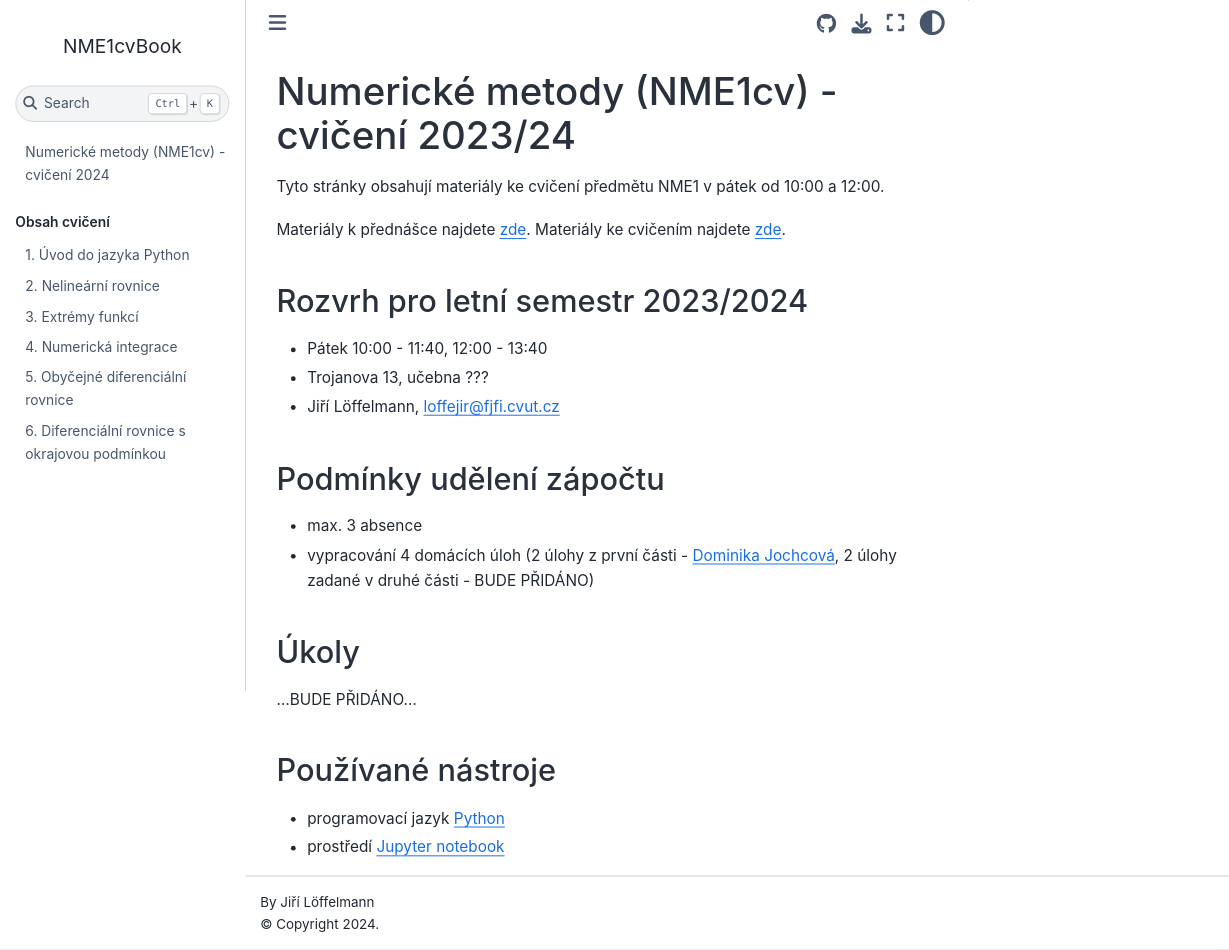
Repository: loepa01/NME1cvBook
Page: intro.html
An editor plug-in stored every save of this project. The page is shown before and after the next save, followed by the edit.
The browser window is 1280 px wide. The pictures show the whole page, at 96% of full size.

Above is the page before, as saved 2024-04-08 16:55:20.
Console error: SyntaxError: Identifier 'THEBE_JS_URL' has already been declared

After the next save:
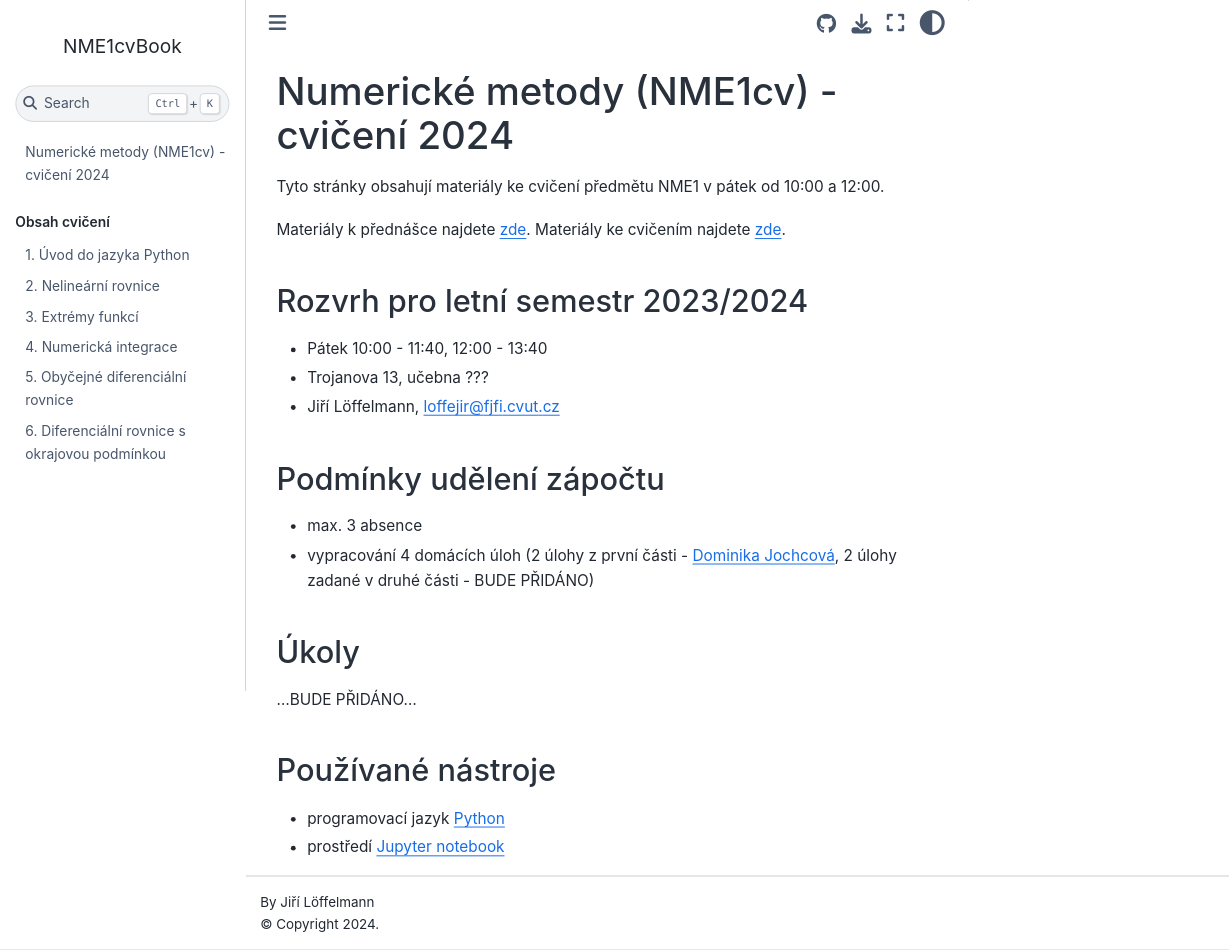
Saved 67 s later.
--- a/intro.html
+++ b/intro.html
@@ -8,7 +8,7 @@
     <meta charset="utf-8" />
     <meta name="viewport" content="width=device-width, initial-scale=1.0" /><meta name="viewport" content="width=device-width, initial-scale=1" />
 
-    <title>Numerické metody (NME1cv) - cvičení 2023/24 &#8212; NME1cvBook</title>
+    <title>Numerické metody (NME1cv) - cvičení 2024 &#8212; NME1cvBook</title>
 
 
 
@@ -57,7 +57,7 @@
     <script async="async" src="../_static/sphinx-thebe.js?v=c100c467"></script>
     <script>var togglebuttonSelector = '.toggle, .admonition.dropdown';</script>
     <script>const THEBE_JS_URL = "https://unpkg.com/thebe@0.8.2/lib/index.js"; const thebe_selector = ".thebe,.cell"; const thebe_selector_input = "pre"; const thebe_selector_output = ".output, .cell_output"</script>
-    <script>DOCUMENTATION_OPTIONS.pagename = '.history/intro_20240408165520';</script>
+    <script>DOCUMENTATION_OPTIONS.pagename = '.history/intro_20240408165627';</script>
     <link rel="icon" href="../_static/cphys.png"/>
     <link rel="index" title="Index" href="../genindex.html" />
     <link rel="search" title="Search" href="../search.html" />
@@ -250,7 +250,7 @@
 
 
 
-      <li><a href="https://github.com/loepa01/NME1cvBook/issues/new?title=Issue%20on%20page%20%2F.history/intro_20240408165520.html&body=Your%20issue%20content%20here." target="_blank"
+      <li><a href="https://github.com/loepa01/NME1cvBook/issues/new?title=Issue%20on%20page%20%2F.history/intro_20240408165627.html&body=Your%20issue%20content%20here." target="_blank"
    class="btn btn-sm btn-source-issues-button dropdown-item"
    title="Open an issue"
    data-bs-placement="left" data-bs-toggle="tooltip"
@@ -280,7 +280,7 @@
 
 
 
-      <li><a href="../_sources/.history/intro_20240408165520.md" target="_blank"
+      <li><a href="../_sources/.history/intro_20240408165627.md" target="_blank"
    class="btn btn-sm btn-download-source-button dropdown-item"
    title="Download source file"
    data-bs-placement="left" data-bs-toggle="tooltip"
@@ -364,7 +364,7 @@ document.write(`
 
 
 <div id="jb-print-docs-body" class="onlyprint">
-    <h1>Numerické metody (NME1cv) - cvičení 2023/24</h1>
+    <h1>Numerické metody (NME1cv) - cvičení 2024</h1>
     <!-- Table of contents -->
     <div id="print-main-content">
         <div id="jb-print-toc">
@@ -389,8 +389,8 @@ document.write(`
 <div id="searchbox"></div>
                 <article class="bd-article">
 
-  <section class="tex2jax_ignore mathjax_ignore" id="numericke-metody-nme1cv-cviceni-2023-24">
-<h1>Numerické metody (NME1cv) - cvičení 2023/24<a class="headerlink" href="#numericke-metody-nme1cv-cviceni-2023-24" title="Link to this heading">#</a></h1>
+  <section class="tex2jax_ignore mathjax_ignore" id="numericke-metody-nme1cv-cviceni-2024">
+<h1>Numerické metody (NME1cv) - cvičení 2024<a class="headerlink" href="#numericke-metody-nme1cv-cviceni-2024" title="Link to this heading">#</a></h1>
 <p>Tyto stránky obsahují materiály ke cvičení předmětu NME1 v pátek od 10:00 a 12:00.</p>
 <p>Materiály k přednášce najdete <a class="reference external" href="http://kfe.fjfi.cvut.cz/~vachal/edu/nme/">zde</a>.
 Materiály ke cvičením najdete <a class="reference external" href="http://kfe.fjfi.cvut.cz/~vachal/edu/nme/cviceni/">zde</a>.</p>
